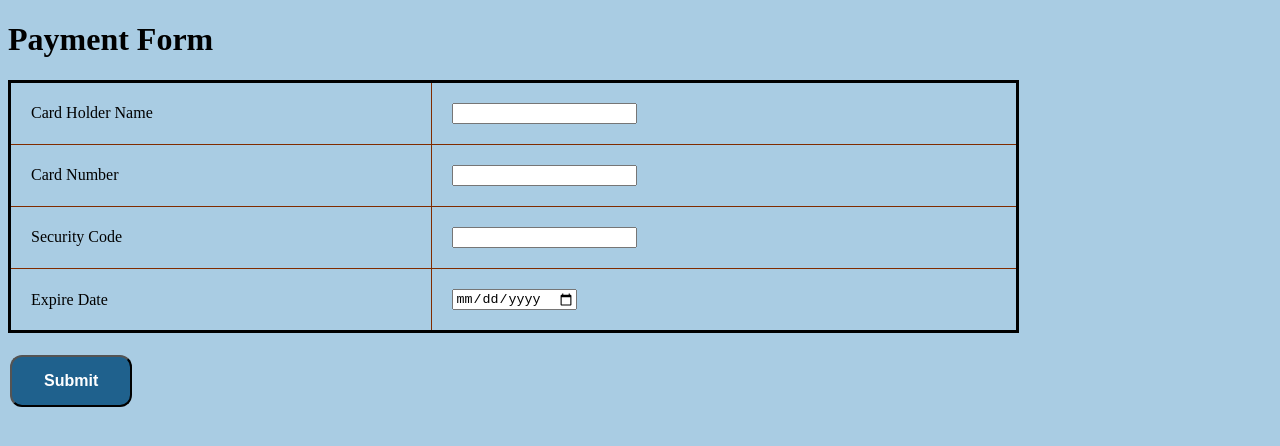
Repository: sandeepa9803/OOP---Online-Travel-web-application
Page: http://localhost/PaymentNew/paymentInfo.jsp
An editor plug-in stored every save of this project. The page is shown before and after the next save, followed by the edit.
The browser window is 1280 px wide. The pictures show the whole page.
The page is served by Tomcat 9. Other server files are loaded and not shown.

Above is the page before, as saved 2021-10-11 17:58:32.

### PaymentNew/WebContent/paymentInfo.jsp


<%@ page language="java" contentType="text/html; charset=ISO-8859-1"
    pageEncoding="ISO-8859-1"%>
<!DOCTYPE html>
<html>
<head>
<style>



table, td, th {
  border: 1px solid #802b00;
  text-align: left;
}

table {
  border-collapse: collapse;
  width: 80%;
}

th, td {
  padding: 20px;

}


.button {
  background-color: #1F618D ;
  border: 1;
  color: white;
  padding: 15px 32px;
  text-align: center;
  text-decoration: none;
   font-weight: bold;
  display: inline-block;
  font-size: 16px;
  margin: 4px 2px;
  cursor: pointer;
  border-radius:12px;

  .h1{text-align: center;
       color:white;}
}

body {
background-color:#A9CCE3  }

table{
   border:solid black ;
}


</style>
<meta charset="ISO-8859-1">
<title>Payment Form </title>
</head>

<body>




 <h1> Payment Form</h1>

     <form action ="submit" method = "post" >
     <table>

       <tr>
       <td>Card Holder Name</td>
        <td> <input type = "text" name = "cardholder"></td>
         </tr>

         <tr>
         <td> Card Number </td>
         <td> <input type ="number" name = "cardnum"> </td>
         </tr>

         <tr>
         <td>Security Code </td>
          <td> <input type ="number" name = "cvcnum"> </td>
          </tr>

         <tr>
         <td>Expire Date </td>
         <td> <input type = "date"  name = "date"  > </td>
         </tr>

      </table>
      <br>
        <input type="submit" name="submit" value="Submit" class="button" >

       </form>
</body>
</html>

After the next save:
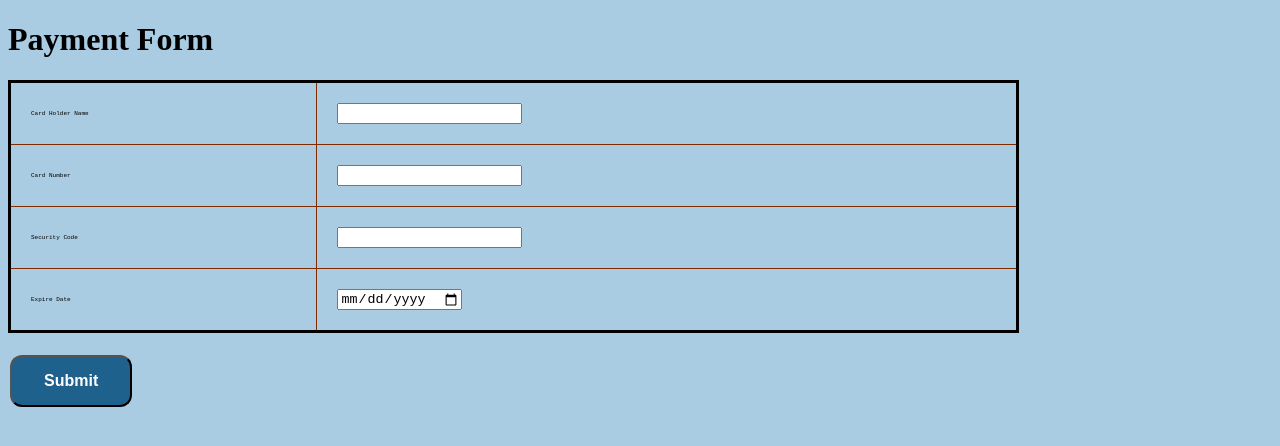
Saved 2 min 14 s later.
--- a/PaymentNew/WebContent/paymentInfo.jsp
+++ b/PaymentNew/WebContent/paymentInfo.jsp
@@ -48,6 +48,8 @@ background-color:#A9CCE3  }
 
 table{
    border:solid black ;
+   font-family:"Courier New", Courier, monospace;
+    font-size:20%;
 }
 
 
